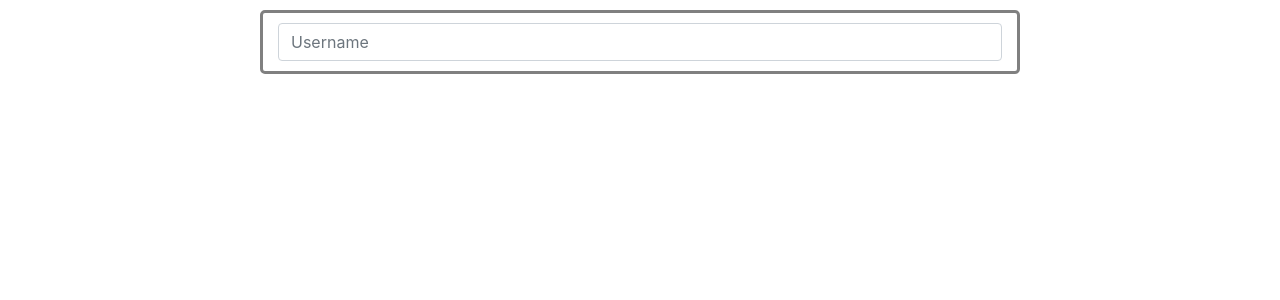
Repository: iian0910/vue3_todoList
Page: /
An editor plug-in stored every save of this project. The page is shown before and after the next save, followed by the edit.
The browser window is 1280 px wide. The pictures show the whole page.
The project was rebuilt for these pictures with package versions that can differ from the ones it lists, and the page was loaded fresh each time.

Above is the page before, as saved 2021-02-23 14:46:58.

### src/App.vue
<template>
  <TodoList/>
</template>

<script lang="ts">
import { defineComponent } from 'vue'
import TodoList from './components/TodoList.vue'

export default defineComponent({
  name: 'App',
  components: {
    TodoList
  }
})
</script>

<style lang="scss">
@import './assets/scss/all';
</style>

### src/assets/scss/all.scss
@import '~bootstrap/scss/bootstrap.scss';
@import './helpers/variables';

### src/components/TodoList.vue
<template>
  <div class="container">
    <div class="row">
      <div class="col-8 offset-2 content">
        <input type="text" class="form-control" placeholder="Username">
      </div>
    </div>
  </div>
</template>
<script lang="ts">
export default {

}
</script>
<style lang="scss">
.content{
  padding: 10px;
  margin: 10px auto;
  border: 3px solid gray;
  border-radius: 5px;
}
</style>

Loaded but not shown: public/index.html (common file); src/main.ts (common file); src/assets/scss/helpers/_variables.scss (1146 lines, source omitted)

After the next save:
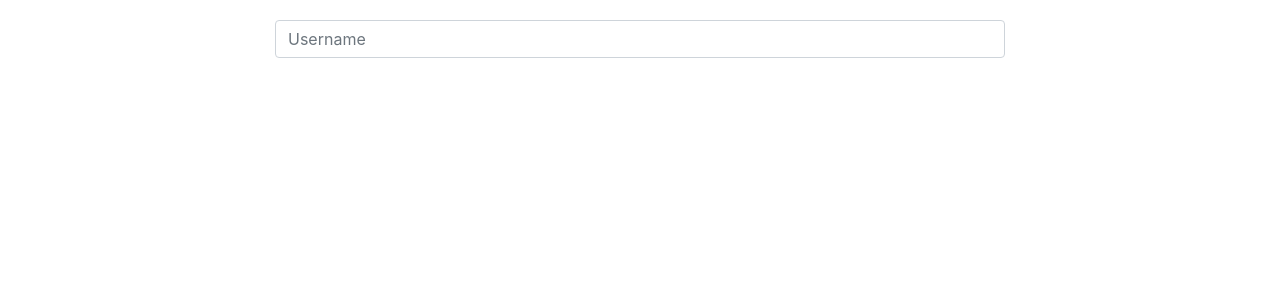
Saved 44 s later.
--- a/src/components/TodoList.vue
+++ b/src/components/TodoList.vue
@@ -16,7 +16,7 @@ export default {
 .content{
   padding: 10px;
   margin: 10px auto;
-  border: 3px solid gray;
   border-radius: 5px;
+  box-shadow: 0px 0px 0px 0px rgba(0,0,0,0.5);
 }
 </style>
